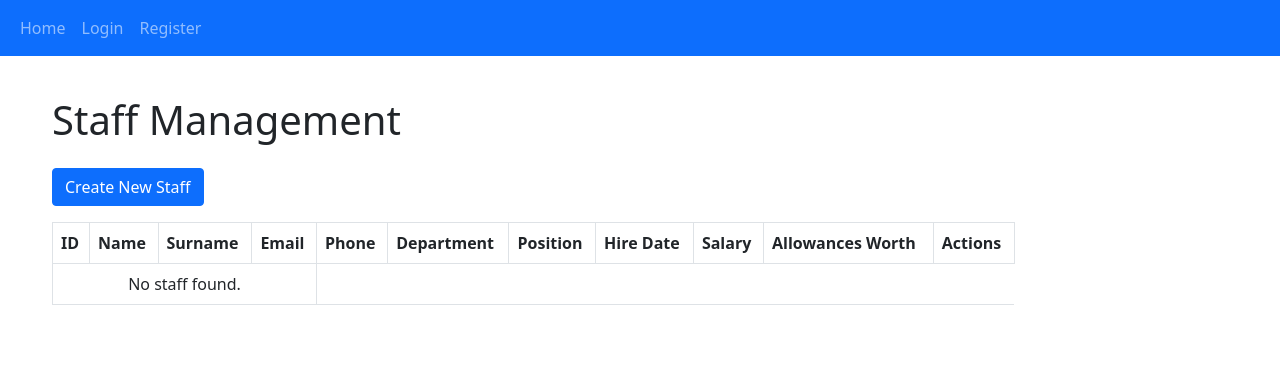
Repository: Matsikembareb/myPowervision
Page: http://localhost/staff
An editor plug-in stored every save of this project. The page is shown before and after the next save, followed by the edit.
The browser window is 1280 px wide. The pictures show the whole page.
The page is served by the project's application, run on Flask 3 (01prototype/myPowervision/__init__.py).

Above is the page before, as saved 2025-09-26 16:16:13.

After the next save:
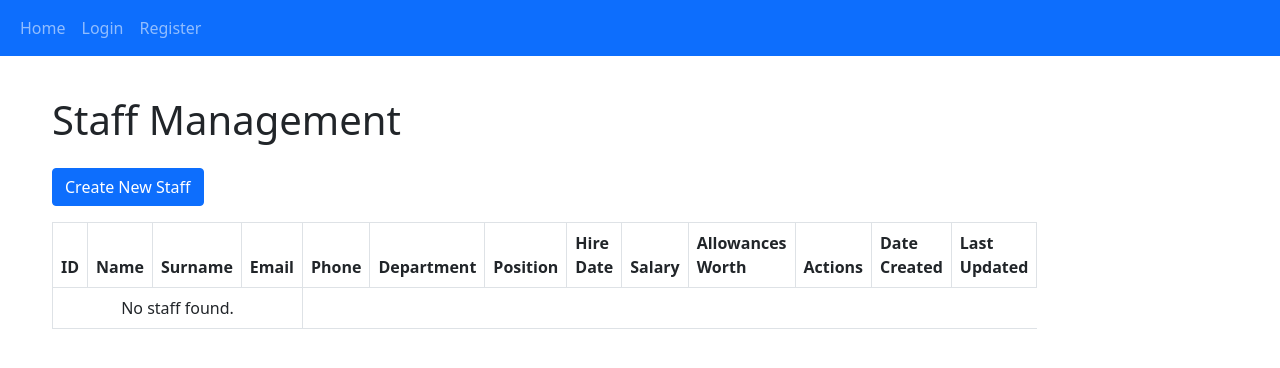
Saved 2 min 8 s later.
--- a/01prototype/myPowervision/templates/staff_management/staff.html
+++ b/01prototype/myPowervision/templates/staff_management/staff.html
@@ -21,6 +21,8 @@
             <th>Salary</th>
             <th>Allowances Worth</th>
             <th>Actions</th>
+            <th>Date Created</th>
+            <th>Last Updated</th>
         </tr>
         </thead>
         <tbody>
@@ -29,6 +31,15 @@
             <td>{{ staff.id }}</td>
             <td>{{ staff.name }}</td>
             <td>{{ staff.surname }}</td>
+            <td>{{ staff.email }}</td>
+            <td>{{ staff.phone }}</td>
+            <td>{{ staff.department }}</td>
+            <td>{{ staff.position }}</td>
+            <td>{{ staff.hire_date }}</td>
+            <td>{{ staff.salary }}</td>
+            <td>{{ staff.allowances_worth }}</td>
+            <td>{{ staff.date_created }}</td>
+            <td>{{ staff.last_updated }}</td>
             <td>
                 <a href="{{ url_for('home_page', staff_id=staff.id) }}" class="btn btn-sm btn-warning">Edit</a>
                 <form action="{{ url_for('home_page', staff_id=staff.id) }}" method="POST" style="display:inline;">
